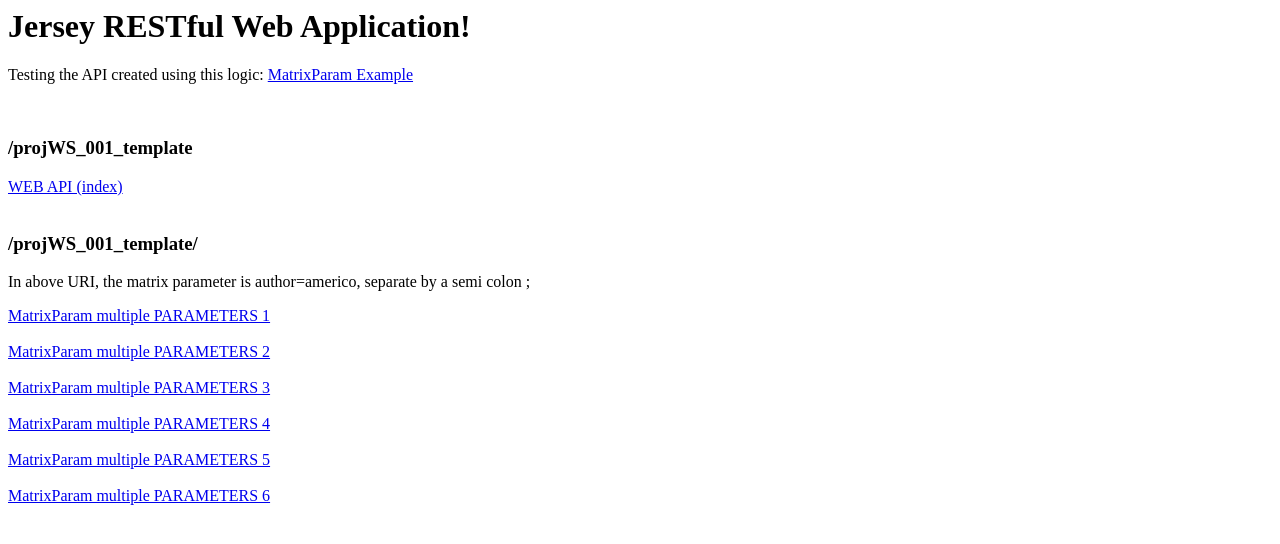
Repository: atafs/BackEnd_JAX-RS_REST_2continue
Page: http://localhost/projWS_001_template/
These files come from the project's save history. The page is drawn as it stood at one moment and after the next save; the edit follows.
The browser window is 1280 px wide. The pictures show the whole page.
The page is served by Tomcat 9.

Above is the page before, as saved 2016-05-02 11:50:31.

After the next save:
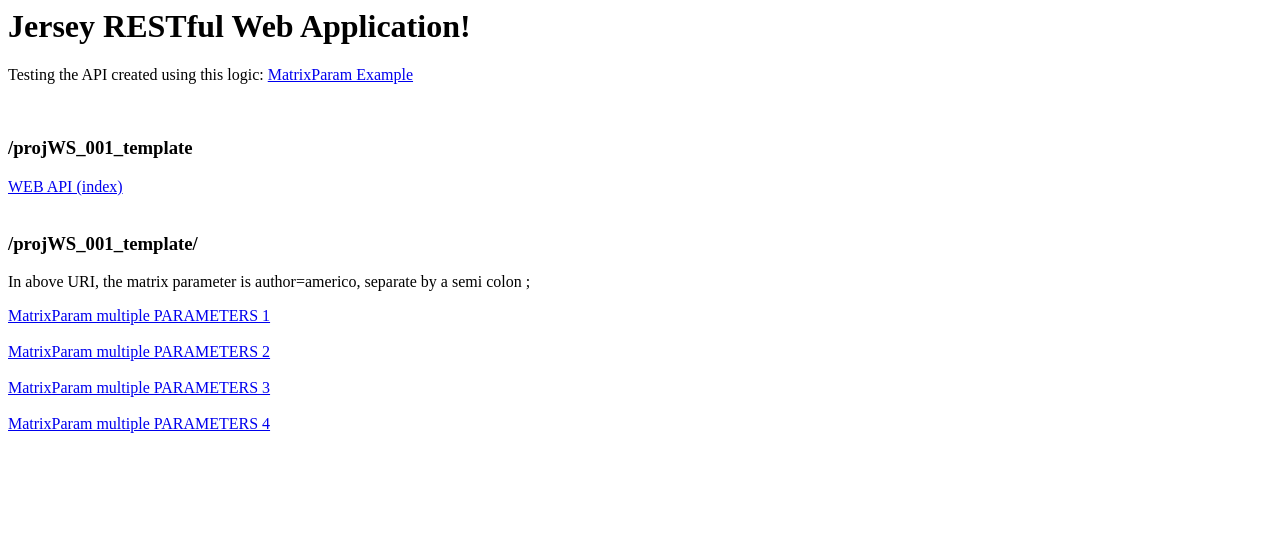
Saved 12 s later.
--- a/projWS_001_template/src/main/webapp/index.jsp
+++ b/projWS_001_template/src/main/webapp/index.jsp
@@ -18,12 +18,10 @@
 	<a href="http://localhost:8085/projWS_001_template/books/2011;author=americo/">MatrixParam multiple PARAMETERS 2</a><br/><br/>
 	<a href="http://localhost:8085/projWS_001_template/books/2011;author=tomas;country=portugal/">MatrixParam multiple PARAMETERS 3</a><br/><br/>
 	<a href="http://localhost:8085/projWS_001_template/books/2011;country=malaysia;author=ana/">MatrixParam multiple PARAMETERS 4</a><br/><br/>
-	<a href="http://localhost:8085/projWS_001_template/books/2011/">MatrixParam multiple PARAMETERS 5</a><br/><br/>
-	<a href="http://localhost:8085/projWS_001_template/books/2011/">MatrixParam multiple PARAMETERS 6</a><br/><br/>
+
+    <!-- ######################################## -->
 
 
 
-
-    <!-- ######################################## -->
 </body>
 </html>
